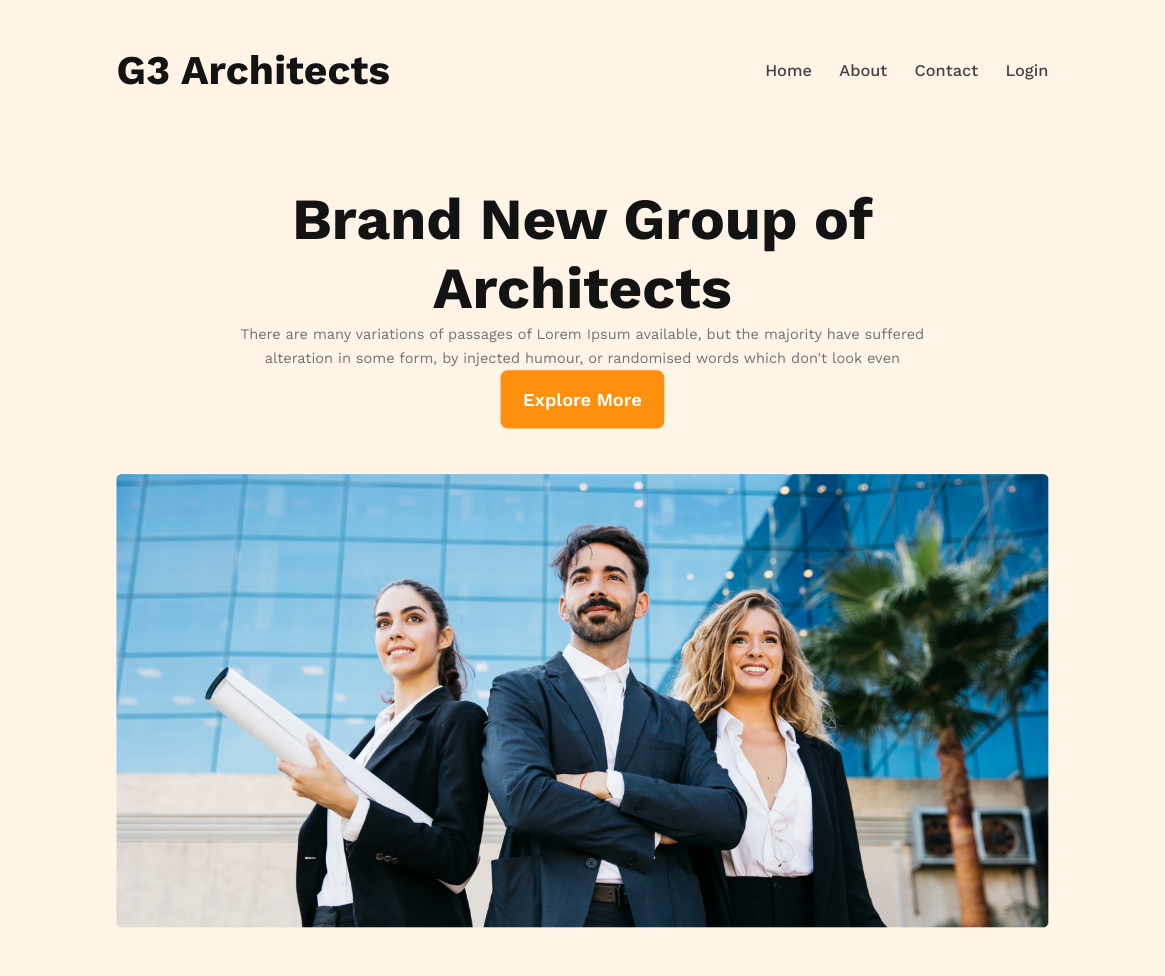
Repository: ShouravAhammed/G3-architects-webpage
Page: index.html
An editor plug-in stored every save of this project. The page is shown before and after the next save, followed by the edit.
The browser window is 1280 px wide. The pictures show the whole page, at 91% of full size.

Above is the page before, as saved 2024-01-12 22:53:44.

After the next save:
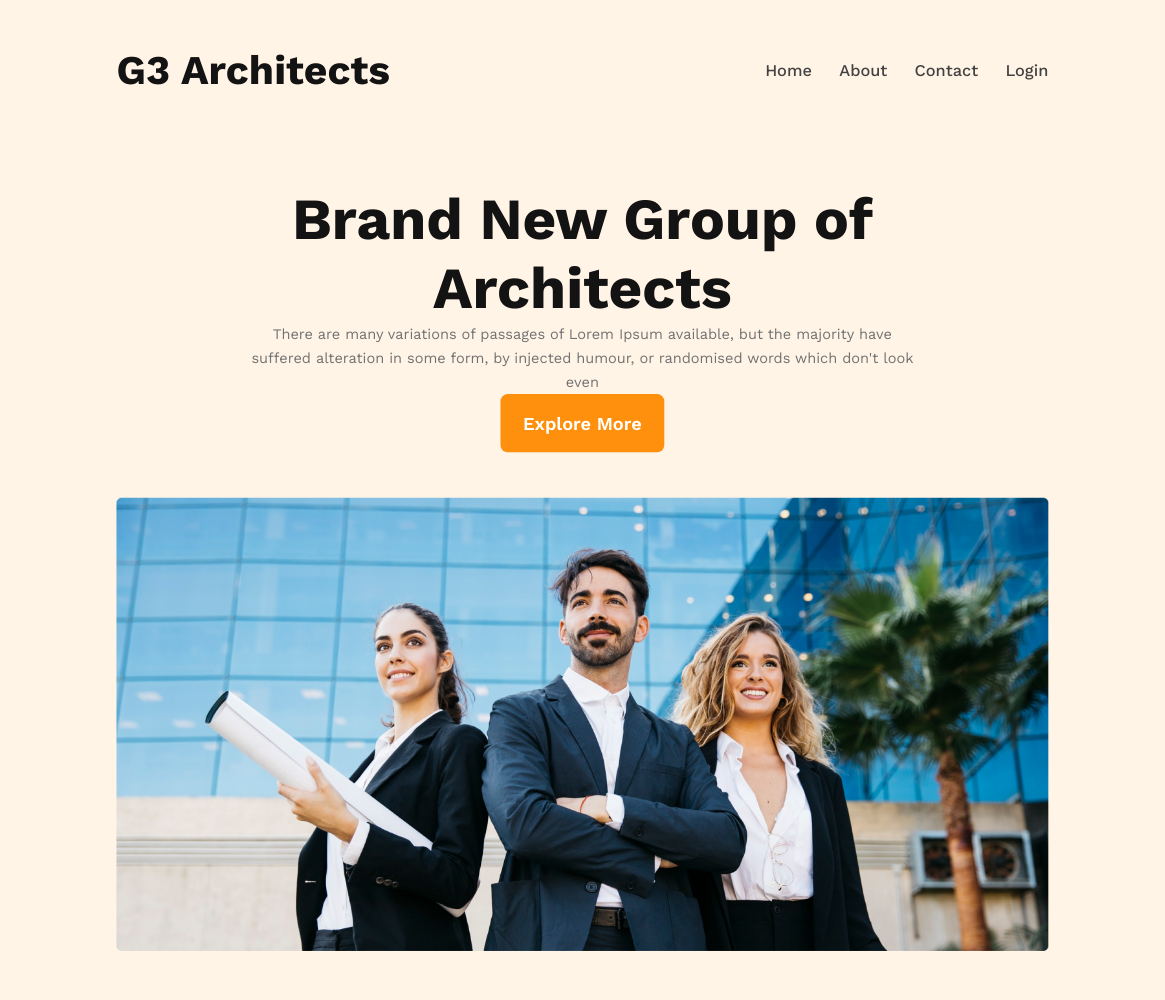
Saved 18 s later.
--- a/styles/style.css
+++ b/styles/style.css
@@ -62,7 +62,7 @@
 
 }
 #banner .banner-content{
-    max-width: 800px;
+    max-width: 750px;
     margin: 100px auto 50px auto;
     text-align: center;
 }
